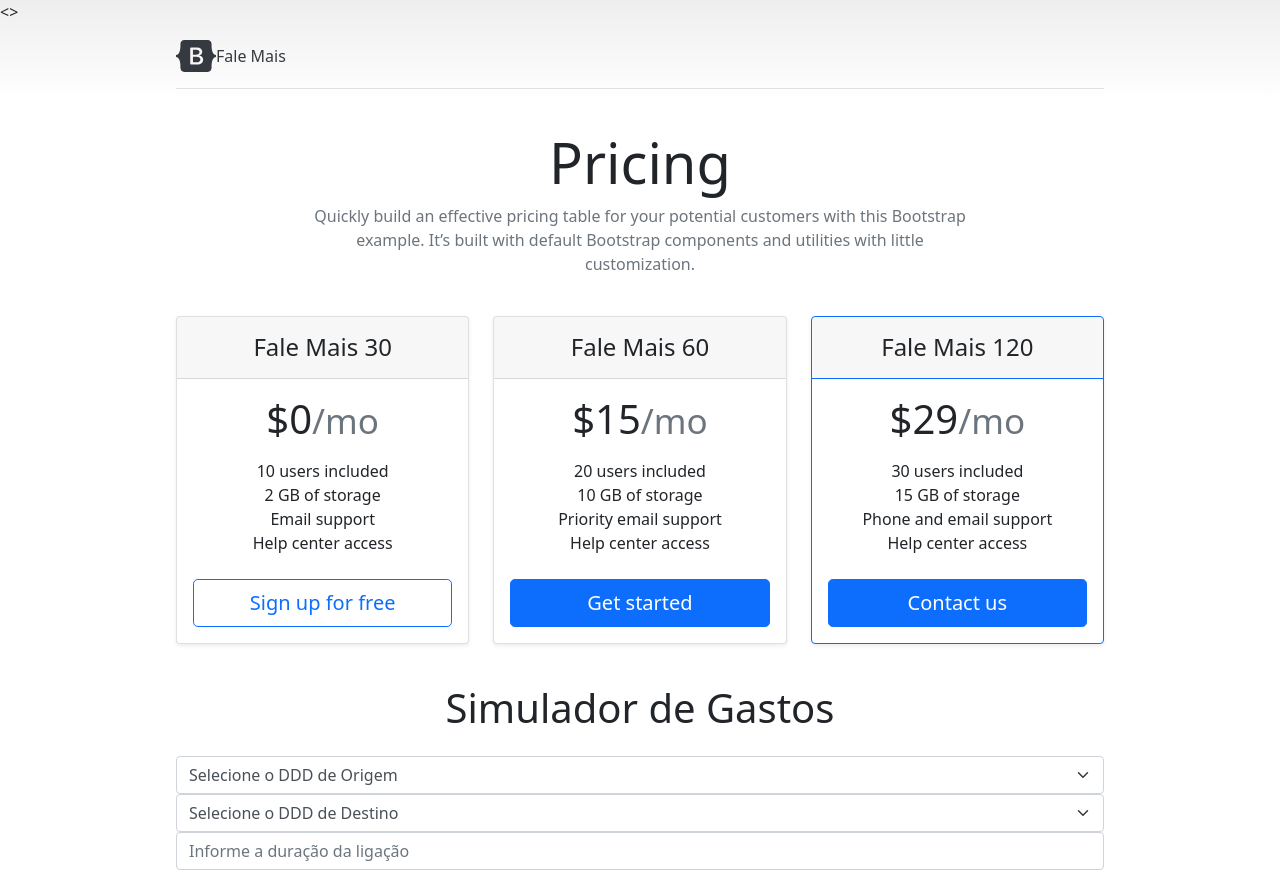
Repository: JuniorMagalhaesDeAlcantara/Fale-Mais
Page: src/resource/index.html
An editor plug-in stored every save of this project. The page is shown before and after the next save, followed by the edit.
The browser window is 1280 px wide. The pictures show the whole page.

Above is the page before, as saved 2022-08-02 15:09:01.

After the next save:
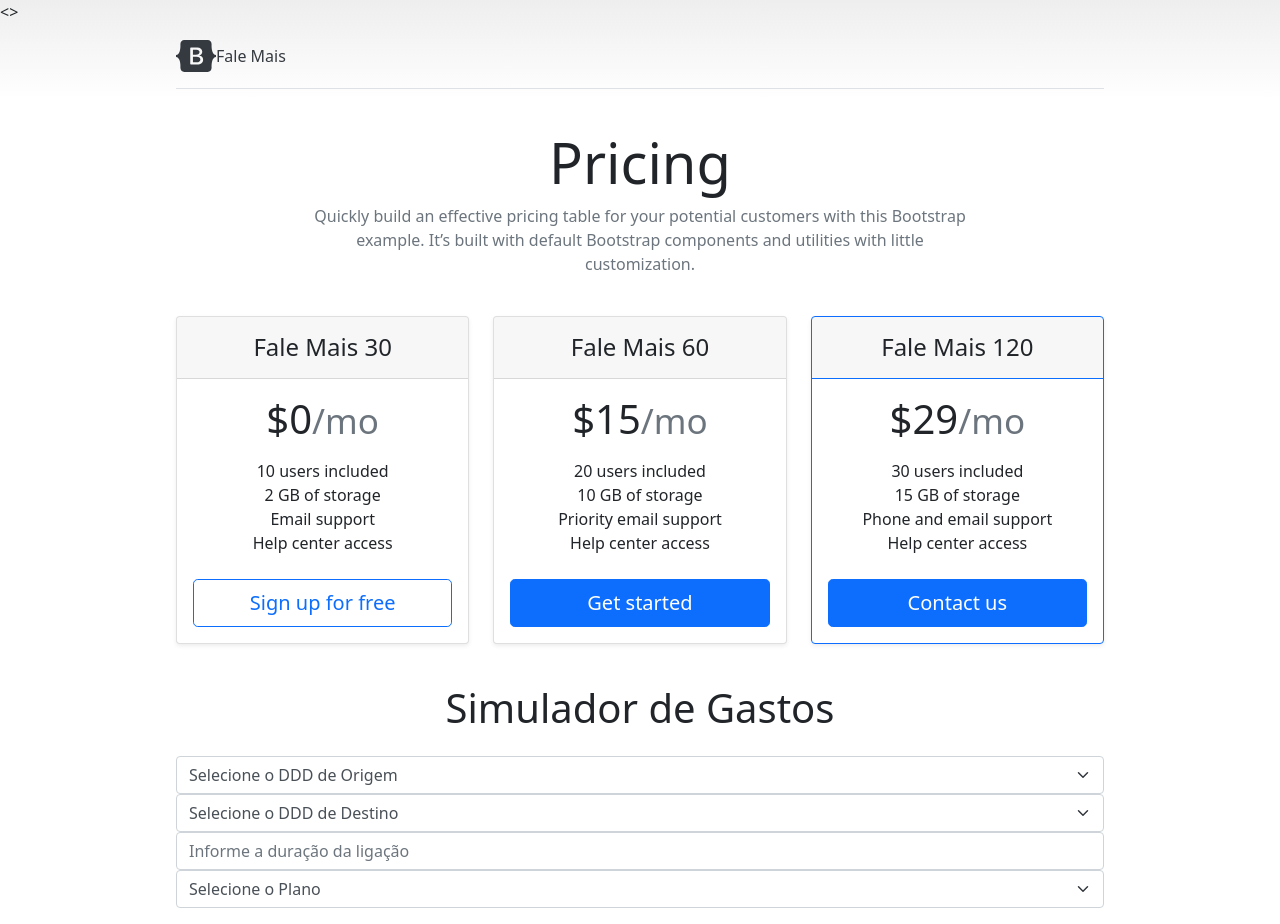
Saved 34 s later.
--- a/src/resource/index.html
+++ b/src/resource/index.html
@@ -113,6 +113,13 @@
 
       <input class="form-control" type="text" placeholder="Informe a duração da ligação" aria-label="default input example">
 
+      <select class="form-select" aria-label="Default select example">
+        <option selected>Selecione o Plano</option>
+        <option value="1">30</option>
+        <option value="2">60</option>
+        <option value="3">90</option>
+     </select>
+
 
       </main>
       </div>
